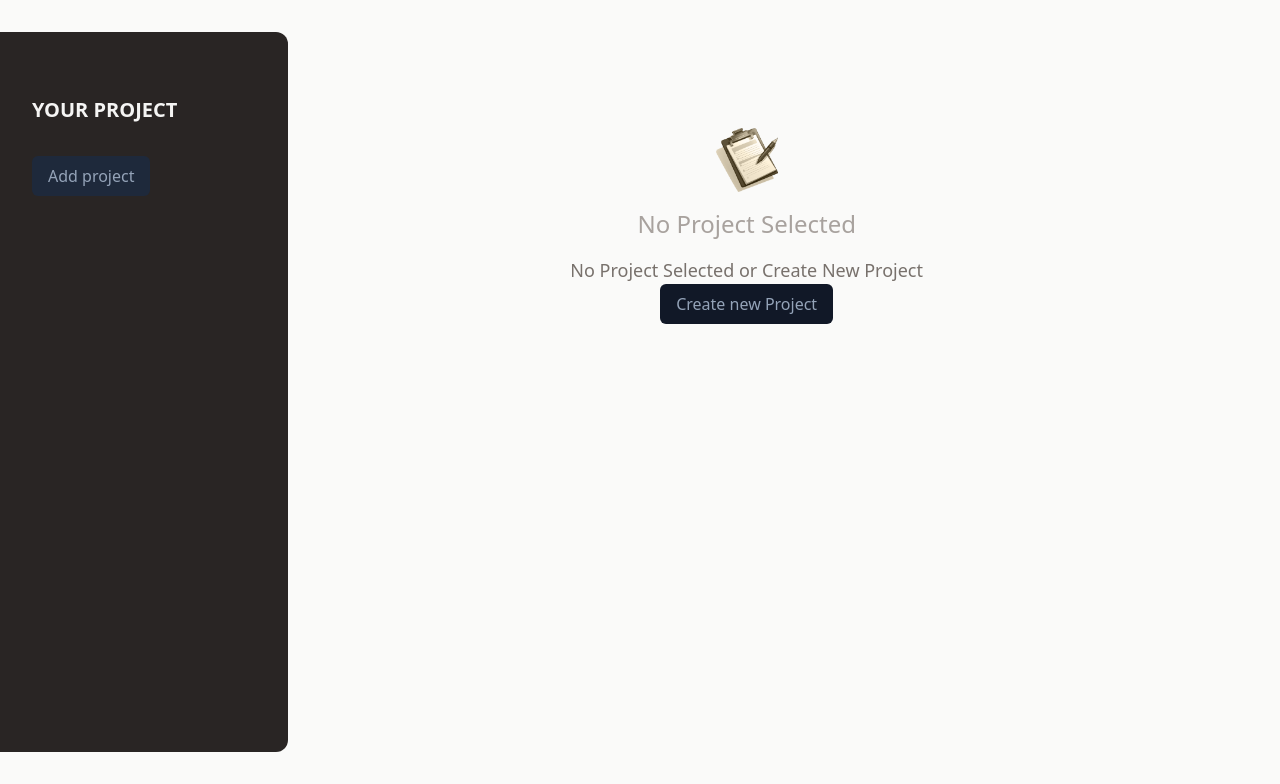
Repository: sibi24sibi/todo-list-using-reactjs
Page: /
The author's editor kept a copy of each file at every save. The page is drawn from the files as they stood at one save, then again after the next save.
The browser window is 1280 px wide. The pictures show the whole page.
The project was rebuilt for these pictures with package versions that can differ from the ones it lists, and the page was loaded fresh each time. Also part of the build but not shown: vite.config.js, src/Components/Input.jsx, src/Components/NewProjects.jsx.

Above is the page before, as saved 2024-06-24 15:06:37.

After the next save:
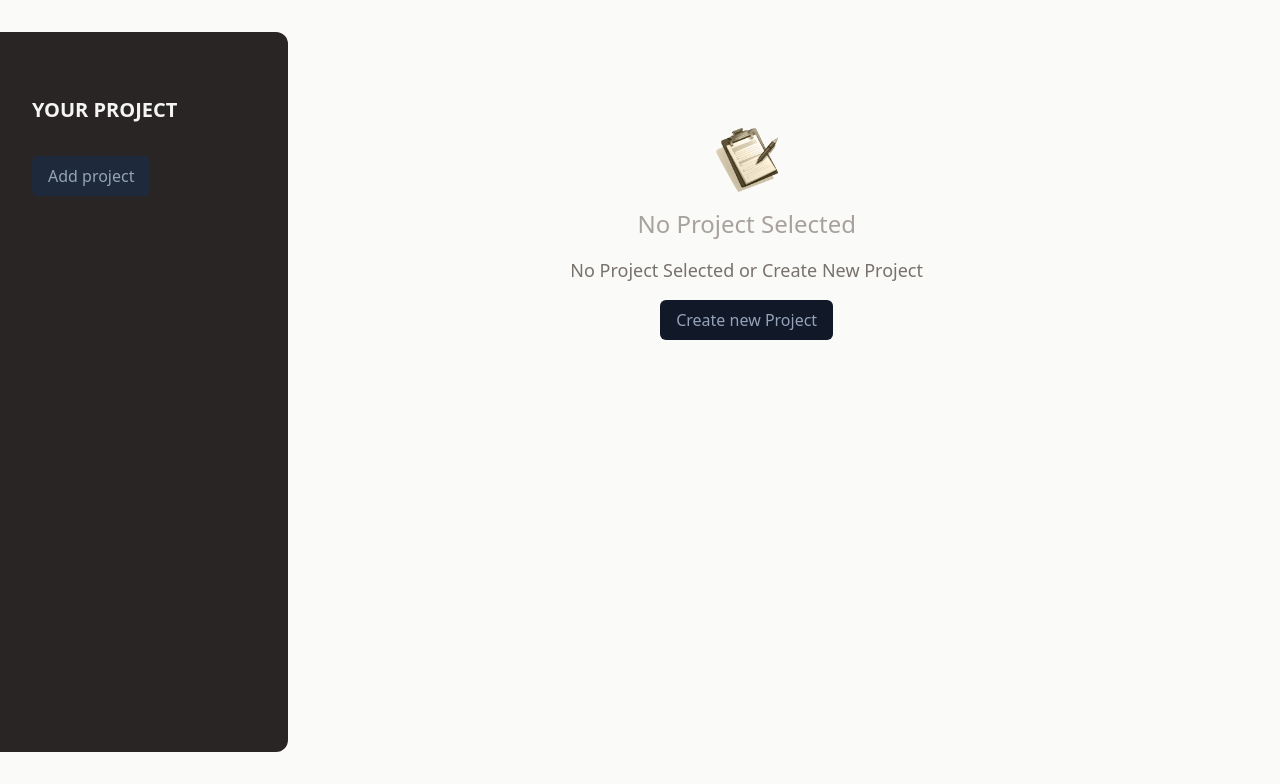
Saved 18 s later.
--- a/src/Components/NoProjects.jsx
+++ b/src/Components/NoProjects.jsx
@@ -10,7 +10,7 @@ export default function Noprojects() {
         className="w-16 h-16 object-contain mx-auto"
       />
       <h2 className="text-2xl my-4  text-stone-400 ">No Project Selected</h2>
-      <p className=" text-lg  text-stone-500 ">
+      <p className=" text-lg my-4  text-stone-500 ">
         No Project Selected or Create New Project
       </p>
       <p>
